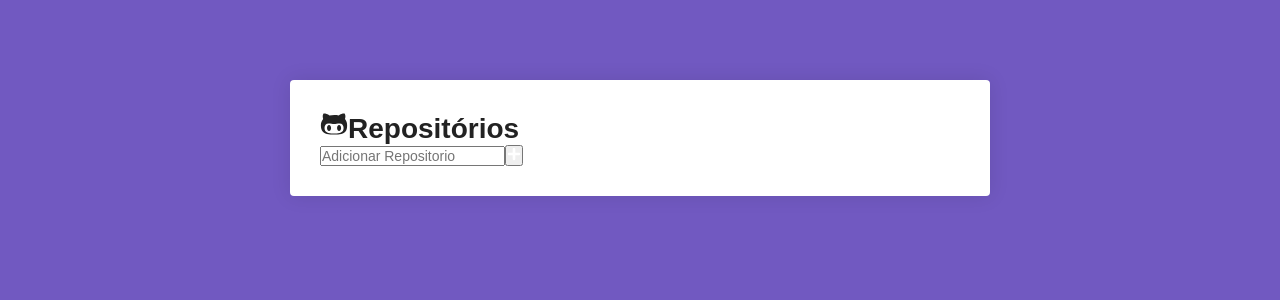
Repository: vadyvarela/Github-Api-ReactJs
Page: /
The author's editor kept a copy of each file at every save. The page is drawn from the files as they stood at one save, then again after the next save.
The browser window is 1280 px wide. The pictures show the whole page.
The project was rebuilt for these pictures with package versions that can differ from the ones it lists, and the page was loaded fresh each time. Also part of the build but not shown: src/pages/Repository/index.js.

Above is the page before, as saved 2019-10-22 19:25:30.

### src/App.js
import React from 'react';
import Routes from './routes';
import GlobalStyles from './styles/global';

function App() {
    return (
        <>
            <Routes />
            <GlobalStyles />
        </>
    );
}

export default App;

### src/routes.js
import React from 'react';
import { BrowserRouter, Switch, Route } from 'react-router-dom';

import Main from './pages/Main';
import Repository from './pages/Repository';

export default function Routes() {
    return (
        <BrowserRouter>
            <Switch>
                <Route path="/" exact component={Main} />
                <Route path="/repository" component={Repository} />
            </Switch>
        </BrowserRouter>
    );
}

### src/styles/global.js
import { createGlobalStyle } from 'styled-components';

export default createGlobalStyle`
    * {
        margin: 0;
        padding: 0;
        outline: 0;
        box-sizing: border-box;
    }

    html, body, #root {
        min-height: 100%;
    }
    body {
        background: #7159c1;
        -webkit-font-smoothing: antialiased !important;
    }
    body, input, button {
        color: #222;
        font-size: 14px;
        font-family: Arial, Helvetica, sans-serif;
    }
    button {
        cursor: pointer;
    }
`;

### src/pages/Main/index.js
import React from 'react';
import { FaGithubAlt, FaPlus } from 'react-icons/fa';

import { Container, Form, SubmitButton } from './styles';

export default function Main() {
    return (
        <Container>
            <h1>
                <FaGithubAlt />
                Repositórios
            </h1>

            <Form onSubmit={() => {}}>
                <input type="text" placeholder="Adicionar Repositorio" />
                <SubmitButton disable>
                    <FaPlus color="#fff" size={14} />
                </SubmitButton>
            </Form>
        </Container>
    );
}

### src/pages/Main/styles.js
import styled from 'styled-components';

export const Container = styled.div`
    max-width: 700px;
    background: #fff;
    border-radius: 4px;
    box-shadow: 0 0 20px rgba(0, 0, 0, 0.1);
    padding: 30px;
    margin: 80px auto;
`;

export const Form = styled.form`
    color: #fff;
`;

export const SubmitButton = styled.button`
    color: #fff;
`;

Loaded but not shown: public/index.html (common file); src/index.js (common file)

After the next save:
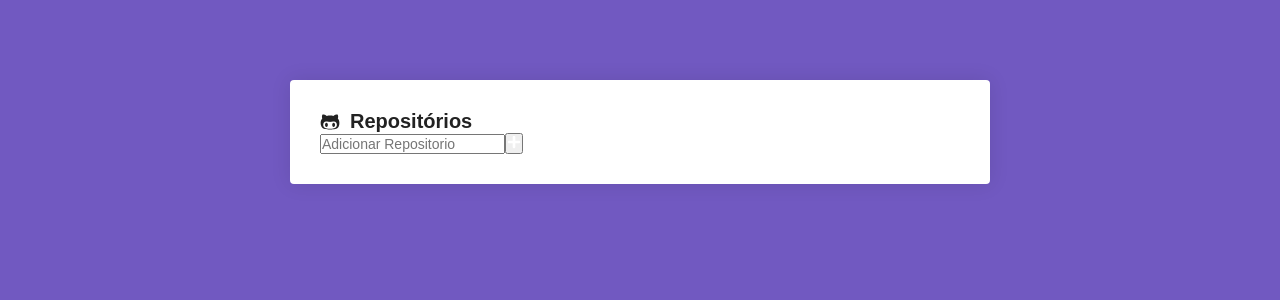
Saved 107 s later.
--- a/src/pages/Main/styles.js
+++ b/src/pages/Main/styles.js
@@ -7,6 +7,17 @@ export const Container = styled.div`
     box-shadow: 0 0 20px rgba(0, 0, 0, 0.1);
     padding: 30px;
     margin: 80px auto;
+
+    h1 {
+        font-size: 20px;
+        display: flex;
+        flex-direction: row;
+        align-items: center;
+
+        svg {
+            margin-right: 10px;
+        }
+    }
 `;
 
 export const Form = styled.form`
